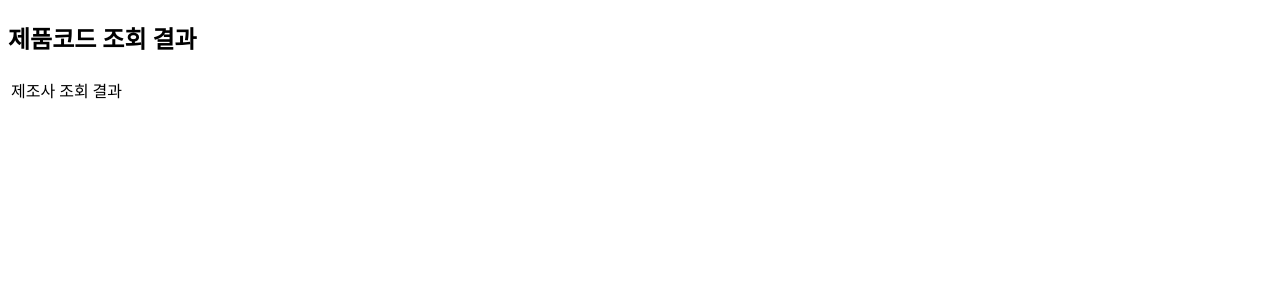
Repository: dlrjsgh367/SW-L5-20V1
Page: http://localhost/SW-L5-20V1/task2_check_result.jsp
An editor plug-in stored every save of this project. The page is shown before and after the next save, followed by the edit.
The browser window is 1280 px wide. The pictures show the whole page.
The page is served by Tomcat 9.

Above is the page before, as saved 2025-01-12 08:32:28.

After the next save:
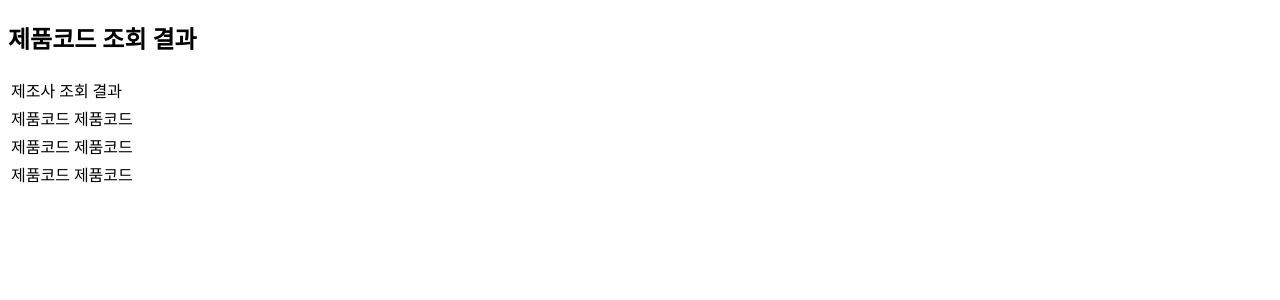
Saved 39 s later.
--- a/SW-L5-20V1/WebContent/task2_check_result.jsp
+++ b/SW-L5-20V1/WebContent/task2_check_result.jsp
@@ -12,6 +12,18 @@
       <tr>
         <td colspan="2">제조사 조회 결과</td>
       </tr>
+      <tr>
+        <td>제품코드</td>
+        <td>제품코드</td>
+      </tr>
+      <tr>
+        <td>제품코드</td>
+        <td>제품코드</td>
+      </tr>
+      <tr>
+        <td>제품코드</td>
+        <td>제품코드</td>
+      </tr>
     </table>
   </div>
 </body>
